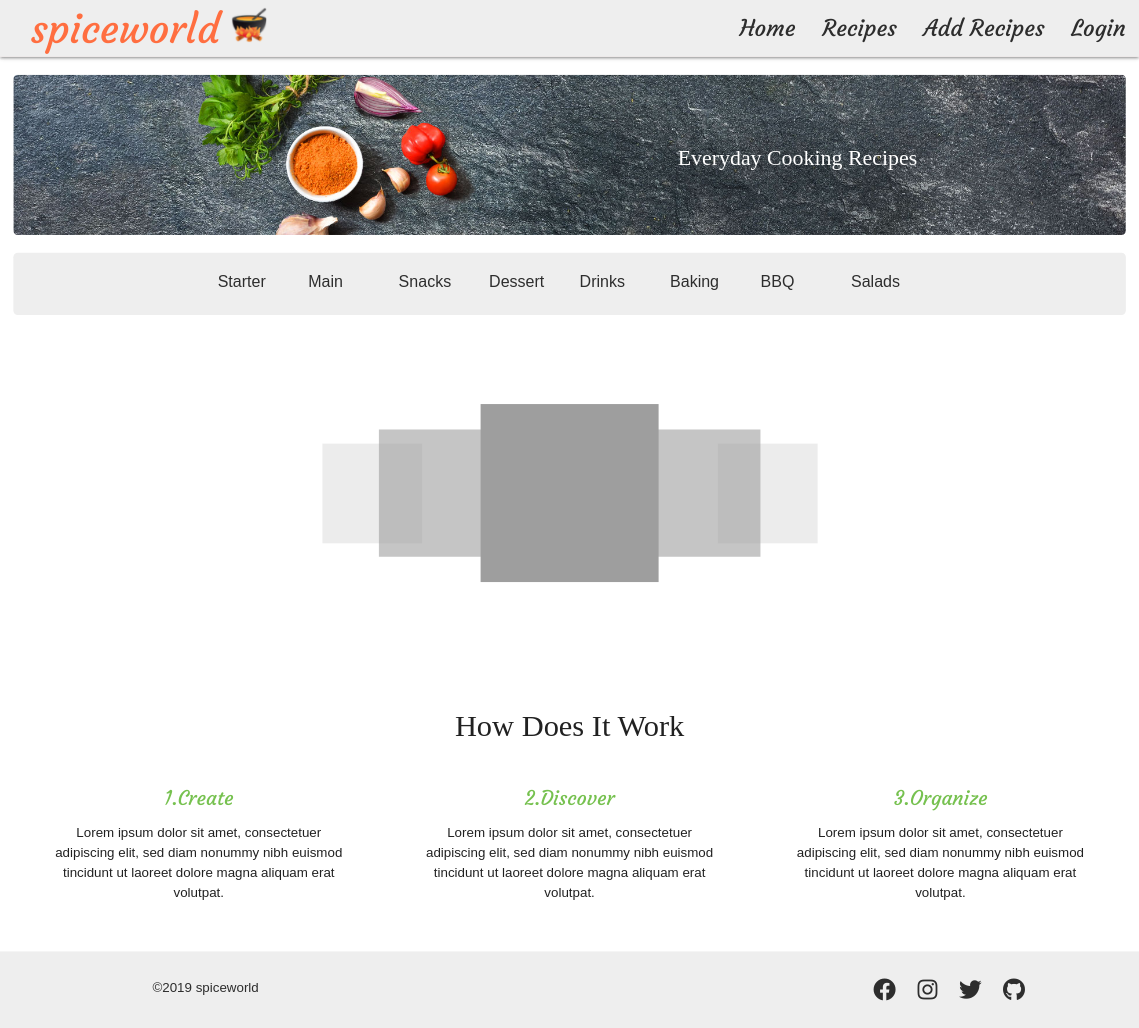
Repository: stephyraju/spiceworld
Page: http://localhost/
The author's editor kept a record of every edit. The page is drawn from the files as they stood at one moment, then again after the next edit.
The browser window is 1280 px wide. The pictures show the whole page, at 89% of full size.
Pictures or frames that could not be fetched are drawn as grey boxes. Some web libraries are served in a nearby version. The page is served by the project's application, run on Flask 3 (app.py). Queries for data that is not in the repository find no rows.

Above is the page before.

### templates/index.html
{% extends 'base.html'%} {% block content %}
<!-- Title image -->
<section class="title-container section-container">
 <img src="{{ url_for('static', filename='images/titleimg.jpg') }}" alt="title image">
 <div class="intro-content">
  <h5>Everyday Cooking Recipes</h5>
 </div>
</section>

<!-- Category -->
<section class="catergory-container section-container">
 <div class="row">
  <div class="col s1 offset-s2">
   <!-- Dropdown Trigger -->
   <a class='dropdown-trigger' href='#' data-target='dropdown1'>Starter</a>
  </div>
  <!-- Dropdown Structure -->
  <ul id='dropdown1' class='dropdown-content'>
   <li><a href="#!">one</a></li>
   <li><a href="#!">two</a></li>
   <li><a href="#!">three</a></li>
   <li><a href="#!">four</a></li>
   <li><a href="#!">five</a></li>
  </ul>

  <div class="col s1">
   <!-- Dropdown Trigger -->
   <a class='dropdown-trigger' href='#' data-target='dropdown1'>Main</a>
  </div>
  <!-- Dropdown Structure -->
  <ul id='dropdown1' class='dropdown-content'>
   <li><a href="#!">one</a></li>
   <li><a href="#!">two</a></li>
   <li><a href="#!">three</a></li>
   <li><a href="#!">four</a></li>
   <li><a href="#!">five</a></li>
  </ul>
  <div class="col s1">
   <!-- Dropdown Trigger -->
   <a class='dropdown-trigger' href='#' data-target='dropdown1'>Snacks</a>
  </div>
  <!-- Dropdown Structure -->
  <ul id='dropdown1' class='dropdown-content'>
   <li><a href="#!">one</a></li>
   <li><a href="#!">two</a></li>
   <li><a href="#!">three</a></li>
   <li><a href="#!">four</a></li>
   <li><a href="#!">five</a></li>
  </ul>
  <div class="col s1">
   <!-- Dropdown Trigger -->
   <a class='dropdown-trigger' href='#' data-target='dropdown1'>Dessert</a>
  </div>
  <!-- Dropdown Structure -->
  <ul id='dropdown1' class='dropdown-content'>
   <li><a href="#!">one</a></li>
   <li><a href="#!">two</a></li>
   <li><a href="#!">three</a></li>
   <li><a href="#!">four</a></li>
   <li><a href="#!">five</a></li>
  </ul>
  <div class="col s1">
   <!-- Dropdown Trigger -->
   <a class='dropdown-trigger' href='#' data-target='dropdown1'>Drinks</a>
  </div>
  <!-- Dropdown Structure -->
  <ul id='dropdown1' class='dropdown-content'>
   <li><a href="#!">one</a></li>
   <li><a href="#!">two</a></li>
   <li><a href="#!">three</a></li>
   <li><a href="#!">four</a></li>
   <li><a href="#!">five</a></li>
  </ul>
  <div class="col s1">
   <!-- Dropdown Trigger -->
   <a class='dropdown-trigger' href='#' data-target='dropdown1'>Baking</a>
  </div>
  <!-- Dropdown Structure -->
  <ul id='dropdown1' class='dropdown-content'>
   <li><a href="#!">one</a></li>
   <li><a href="#!">two</a></li>
   <li><a href="#!">three</a></li>
   <li><a href="#!">four</a></li>
   <li><a href="#!">five</a></li>
  </ul>
  <div class="col s1">
   <!-- Dropdown Trigger -->
   <a class='dropdown-trigger' href='#' data-target='dropdown1'>BBQ</a>
  </div>
  <!-- Dropdown Structure -->
  <ul id='dropdown1' class='dropdown-content'>
   <li><a href="#!">one</a></li>
   <li><a href="#!">two</a></li>
   <li><a href="#!">three</a></li>
   <li><a href="#!">four</a></li>
   <li><a href="#!">five</a></li>
  </ul>
  <div class="col s1">
   <!-- Dropdown Trigger -->
   <a class='dropdown-trigger' href='#' data-target='dropdown1'>Salads</a>
  </div>
  <!-- Dropdown Structure -->
  <ul id='dropdown1' class='dropdown-content'>
   <li><a href="#!">one</a></li>
   <li><a href="#!">two</a></li>
   <li><a href="#!">three</a></li>
   <li><a href="#!">four</a></li>
   <li><a href="#!">five</a></li>
  </ul>
 </div>
</section>
<!-- Carosal-Display -->
<section class="carosal-display">
 <div class="row">

  <div class="carousel">
   <a class="carousel-item" href="#one!"><img src="https://lorempixel.com/250/250/nature/1"></a>
   <a class="carousel-item" href="#two!"><img src="https://lorempixel.com/250/250/nature/2"></a>
   <a class="carousel-item" href="#three!"><img src="https://lorempixel.com/250/250/nature/3"></a>
   <a class="carousel-item" href="#four!"><img src="https://lorempixel.com/250/250/nature/4"></a>
   <a class="carousel-item" href="#five!"><img src="https://lorempixel.com/250/250/nature/5"></a>
  </div>
 </div>
</section>
<!-- Description -->
<section class="section-container div-description">
 <div class="row cells center">
  <div class="col s12">
   <h4> How Does It Work </h3>
  </div>
  <div class="col s12 m4 content">
   <h5>1.Create</h5>
   <p>Lorem ipsum dolor sit amet, consectetuer adipiscing elit, sed diam nonummy nibh euismod tincidunt ut laoreet dolore magna aliquam erat volutpat. </p>
  </div>
  <div class="col s12 m4 content">
   <h5>2.Discover</h5>
   <p>Lorem ipsum dolor sit amet, consectetuer adipiscing elit, sed diam nonummy nibh euismod tincidunt ut laoreet dolore magna aliquam erat volutpat. </p>
  </div>
  <div class="col s12 m4 content">
   <h5>3.Organize</h5>
   <p>Lorem ipsum dolor sit amet, consectetuer adipiscing elit, sed diam nonummy nibh euismod tincidunt ut laoreet dolore magna aliquam erat volutpat. </p>
  </div>
 </div>
</section>

{% endblock %}

### templates/base.html
<!DOCTYPE html>
<html lang="en">

<head>
  <meta charset="UTF-8">
  <meta name="viewport" content="width=device-width, initial-scale=1.0">
  <meta http-equiv="X-UA-Compatible" content="ie=edge">
  <title>spiceworld</title>

  <!--Import Google Icon Font-->
  <link href="https://fonts.googleapis.com/icon?family=Material+Icons" rel="stylesheet">
  <!--Font Awesome-->
  <link rel="stylesheet" href="https://use.fontawesome.com/releases/v5.8.2/css/all.css" integrity="sha384-oS3vJWv+0UjzBfQzYUhtDYW+Pj2yciDJxpsK1OYPAYjqT085Qq/1cq5FLXAZQ7Ay" crossorigin="anonymous">
  <!--Materialize CSS-->
  <link rel="stylesheet" href="https://cdnjs.cloudflare.com/ajax/libs/materialize/1.0.0/css/materialize.min.css">
  <!--CSS-->
  <link rel="stylesheet" href="{{ url_for('static', filename='css/style.css')}}" type="text/css" />

</head>

<body>

  <!--Header-->
  <header class="navbar-fixed">
    <nav>
      <div class="nav-wrapper grey lighten-3">
        <a href="#" class="brand-logo">spiceworld <img class="hide-on-med-and-down" src="{{ url_for('static', filename='images/logo.png') }}"></a>
        <a href="#" data-target="mobile-sidenav" class="sidenav-trigger"><i class="fas fa-bars"></i></a>
        <ul id="nav-mobile" class="right hide-on-med-and-down">
          <li><a href="{{ url_for('index') }}">Home</a></li>
          <li><a href="{{ url_for('get_recipes') }}">Recipes</a></li>
          <li><a href="{{ url_for('add_recipe') }}">Add Recipes</a></li>
          <li><a href="{{url_for('login')}}">Login</a></li>

        </ul>
      </div>
    </nav>
  </header>
  <!--Sidenav-->
  <ul class="sidenav" id="mobile-sidenav">
    <img class="responsive-img" src="{{ url_for('static', filename='images/sidenav.png') }}" alt="spices-image">

    <li><a class="active" href="{{ url_for('index') }}">Home</a></li>
    <li><a href="{{ url_for('get_recipes') }}">Recipes</a></li>
          <li><a href="{{ url_for('add_recipe') }}">Add Recipes</a></li>
          <li><a href="{{url_for('login')}}">Login</a></li>
    <li><a class="waves-effect" href="#!">Third Link With Waves</a></li>
  </ul>

  <main>
    {% block content %}
    {% endblock %}
  </main>

  <footer class="page-footer grey lighten-3">

     <div class="row footer-content">
        <div class="col s5 m6">
          <div class="copyright">&copy;2019 spiceworld</div>
        </div>
        <div class="col s7 m3">
                    <a href="https://www.facebook.com/" target="_blank"><i class="fab fa-facebook social-icon"></i></a>
                    <a href="https://www.instagram.com/" target="_blank"><i class="fab fa-instagram social-icon"></i></a>
                    <a href="https://www.twitter.com/" target="_blank"><i class="fab fa-twitter social-icon"></i></a>
                    <a href="https://github.com/stephyraju" target="_blank"><i class="fab fa-github social-icon"></i></a>
        </div>

      </div>

  </footer>

  <script src="https://code.jquery.com/jquery-3.4.0.slim.js" integrity="sha256-milezx5lakrZu0OP9b2QWFy1ft/UEUK6NH1Jqz8hUhQ=" crossorigin="anonymous"></script>
  <script src="https://cdnjs.cloudflare.com/ajax/libs/materialize/1.0.0/js/materialize.min.js"></script>
  <script src="{{ url_for('static', filename='js/main.js') }}"></script>
</body>

</html>

### app.py
import os
from flask import Flask, render_template, redirect, request, url_for, session, flash
from flask_pymongo import PyMongo
from bson.objectid import ObjectId
import bcrypt
import logging




# declaring app name
app = Flask(__name__)

app.config['SECRET_KEY'] = os.getenv('SECRET')
app.config["MONGO_DBNAME"] = 'cook_book'
app.config["MONGO_URI"] = os.getenv('MONGO_URI', 'mongodb://localhost')

# Logging Config
logging.basicConfig(level=logging.INFO)


mongo = PyMongo(app)

@app.route('/')
@app.route('/index')
def index():

    return render_template("index.html", recipes=mongo.db.recipes.find())

#@app.route('/get_recipes',methods=['POST','GET'])
#def get_recipes():
 #   return render_template("recipes.html", recipes=mongo.db.recipes.find())


# -------CREATE---------#

@app.route('/add_recipe')
def add_recipe():
     return render_template("addrecipe.html",
               recipes=mongo.db.recipes.find(),
               categories = mongo.db.categories.find(),
               cuisines=mongo.db.cuisines.find(),
               difficulty=mongo.db.difficulty.find(),
               allergens=mongo.db.allergens.find())


@app.route('/insert_recipe', methods=['POST'])
def insert_recipe():
    print(request.form)
    print(request.form.getlist('ingredients[]'))
    print(request.form.getlist('preparation[]'))
    print(request.form.to_dict())
    recipes = mongo.db.recipes
    data = request.form.to_dict()
    data.update({'ingredients':request.form.getlist('ingredients[]')})
    data.update({'preparation':request.form.getlist('preparation[]')})
    del data['ingredients[]']
    del data['preparation[]']
    recipes.insert_one(data)
    return redirect(url_for('get_recipes'))

#-------READ--------#

@app.route("/get_recipes", methods=['GET'])
def get_recipes():
    return render_template('recipes.html',
                         recipes=mongo.db.recipes.find(),
                         categories = mongo.db.categories.find(),
                         username=session['username'])


@app.route('/view_recipe/recipe_id?=<recipe_id>')
def view_recipe(recipe_id):
    recipe = mongo.db.recipes.find_one({"_id": ObjectId(recipe_id)})
    return render_template('view.html',
                        title='View Recipe',
                        recipe=recipe,
                        username=session['username'])




#-----------UPDATE-----------#

@app.route('/edit_recipe/<recipe_id>',methods=['GET'])
def edit_recipe(recipe_id):
    recipe = mongo.db.recipes.find_one({"_id":ObjectId(recipe_id)})
    return render_template('editrecipe.html',
                            recipe=recipe,
                            categories=mongo.db.categories.find(),
                            cuisine=mongo.db.cuisine.find(),
                            difficulty=mongo.db.difficulty.find(),
                            allergens=mongo.db.allergens.find())

@app.route('/update_recipe/<recipe_id>', methods=["POST"])
def update_recipe(recipe_id):
    print(mongo.db.recipes.find_one({"_id": ObjectId(recipe_id)}))
    print(request.form)
    print(request.form.to_dict())
    recipes = mongo.db.recipes
    recipes.update({"_id":ObjectId(recipe_id)},
        {
        'recipe_name':request.form.get('recipe_name'),
        'author':request.form.get('author'),
        'category_name':request.form.get('category_name'),
        'description': request.form.get('description'),
        'serves':request.form.get('serves'),
        'cooking_time':request.form.get('cooking_time'),
        'cuisine':request.form.get('cuisine'),
        'difficulty':request.form.get('difficulty'),
        'allergens':request.form.get('allergens'),
        'image_url' :request.form.get('image_url'),
        'ingredients':request.form.getlist('ingredients[]'),
        'preparation':request.form.getlist('preparation[]')
        })
    return redirect(url_for('view_recipe',recipe_id=recipe_id))

#-----------DELETE-----------#
@app.route('/delete_recipe/<recipe_id>')
def delete_recipe(recipe_id):
    mongo.db.recipes.remove({"_id":ObjectId(recipe_id)})
    return redirect(url_for('get_recipes'))

#-----------Register-----------#
#https://www.youtube.com/watch?v=vVx1737auSE

@app.route('/register', methods=['GET','POST'])
def register():
    logging.info('Inside Registering.....')
    if request.method == 'POST':
        logging.info('User name: ' + str(request.form['username'].lower()))
        session['username'] = request.form['username'].lower()
        logging.info('Mongo User: ' + str(mongo.db.users))
        users = mongo.db.users
        user_exists = users.find_one({'author':request.form['username'].lower()})
        logging.info('User exists: ' + str(user_exists))

        if user_exists is None:
            logging.info('User Does not exist. Creating new user')
            hashpass = bcrypt.hashpw(request.form['password'].encode('utf-8'), bcrypt.gensalt())
            users.insert({'author':request.form['username'].lower(), 'password':hashpass})
            session['username'] = request.form['username'].lower()
            return redirect(url_for('get_recipes'))

        flash('Username already exists, please choose a different one.')
        logging.info('User already exist. Skipping new user')
        session.pop('username', None)
        return render_template('register.html', title="Register")

    return render_template('register.html', title="Register")

#-----------Login-----------#

@app.route('/login',methods=['GET','POST'])
def login():
    if request.method == 'POST':
        session["username"] = request.form["username"].lower()
        users = mongo.db.users
        user_login = users.find_one({'author':request.form['username'].lower()})

        if user_login:
            if bcrypt.hashpw(request.form['password'].encode('utf-8'), user_login['password']) == user_login['password']:
                # session["username"] = request.form["username"].lower()
                return redirect(url_for('get_recipes'))

        flash('The login details are not correct')
        session.pop('username', None)
        return render_template('login.html',  title="Login")

    return render_template('login.html',  title="Login")

#-----------Logout-----------#
@app.route('/logout')
def logout():
   # remove the username from the session if it is there
   session.pop('username', None)
   return redirect(url_for('index'))

if __name__ == '__main__':
    app.run(host=os.environ.get('IP'),
            port=int(os.environ.get('PORT')),
            debug=True)

### static/css/style.css
@import url('https://fonts.googleapis.com/css?family=Courgette&display=swap');

body {
  font-family: 'ProximaNova Regular', sans-serif;
  display: flex;
  flex-direction: column;
  min-height: 100vh;
  overflow-x: hidden;
}
.section-container {
  max-width: 100%;
  margin-left: auto;
  margin-right: auto;
  padding-left: 15px;
  padding-right: 15px;
  border-radius: 5px;
}

/* -------- Nav Bar ----------*/

nav {
     font-family: 'Courgette';
}

nav .brand-logo {
    color: #ff6e40;
    font-size: 3rem;
    font-family: 'Courgette', cursive;
    -webkit-transition: 0.2s;
    -o-transition: 0.2s;
    transition: 0.2s;
}

@media screen and (min-width: 993px){
nav .brand-logo {
    margin-left: 2.3rem;
}
}
nav ul a {
  color:#2d2d2d;
  font-size: 1.7rem;
  font-family: 'Courgette';
}
nav ul a:hover,
nav ul .active {
  color:#76c14f;
}
.fa-bars{
  color: #ff6e40;
}
h4,h5{
  font-family: 'Muli','sans-serif';
}
/*--------Title----------*/

.title-container{
  position: relative;
  text-align: center;
  color: white;
  width:100%;
  margin-top: 20px;
}
.title-container img{
    display: block;
    width: 100%;
    height: 25vh;
    object-fit: cover;
    border-radius: 5px;
}

.intro-content{
  position: absolute;
  top: 50%;
  left: 70%;
  transform: translate(-50%, -50%);
}
/*--------Category---------*/

.catergory-container{
  font-size: 1.2rem;
  color:#2d2d2d;
  margin-top: 20px;
  background-color:#eeeeee;
  height:70px;
  margin-left: 15px;
  margin-right: 15px;
}
.catergory-container .row {
  padding-top: 20px;
}
.catergory-container a {
  color:#2d2d2d;
}
.catergory-container a :hover {
  color:#ff6e40 !important;
}

/*--------Description---------*/
.cells h4 {
  font-family: 'Muli','sans-serif';
}
.cells h5{
  color: #76c14f;
  font-size: 1.5rem;
  font-family: 'Courgette',sans-serif;
}
 p {
  padding-left: 30px;
  padding-right: 30px;
}
.content{
  margin-top: 20px;
  margin-bottom: 20px;
}

.recipe-card .card .card-image img {
  display: block;
  position: relative;
  width: 100%;
  height: 200px;
  }


/*--------View Recipe---------*/
.icon-color{
  color:rgb(109, 174, 177);
}
 .recipe-card .card-image{
   padding-top: 20px;
 }
 .recipe-view .card {
   background-color: #fcf4ec;
 }
 .preparation ol li {
   padding: 0px 15px 15px 15px;
 }
 .ingredients ul li {
    padding: 0px 15px 15px 15px;
    list-style-type: square;
 }


/*--------Footer---------*/

.page-footer i{
  color:#2d2d2d;
}
.page-footer i:hover{
   color:#ff6e40;
}
.page-footer {
    min-height: 45px;
}
.footer-content{
  display:flex;
  color:#2d2d2d;
}
.copyright{
  padding-top: 10px;
}
.social-icon {
  margin: 10px;
  color: white;
  font-size: 1.7rem;
}

### static/js/main.js
$(document).ready(function(){
    $('.sidenav').sidenav();
    $('.dropdown-trigger').dropdown();
    $('select').formSelect();
    $('.carousel').carousel();

  });

 var ingredientField = $(".ingredient").length;
    $("#add_ingredient").on("click", function () {
        $("select").formSelect("destroy");
        $(".new-ingredient:first").clone().insertBefore("#add_ingredient").find("input[type='text'], select, textarea").val("");
        $("select").formSelect();
        ingredientField += 1;
    });

    $("#remove_ingredient").on("click", function () {
        if (ingredientField > 1) {
            /* only remove the :last item */
            $(this).siblings(".new-ingredient:last").remove();
            /* ensure original ingredient line never gets deleted */
            ingredientField-= 1;
        }
    });


var preparationField = $(".preparation").length;
    /* add new cloned item */
    $("#add_step").on("click", function () {
        $(".new-step:first").clone().insertBefore("#add_step").find("input[type='text'], select, textarea").val("");
        /* increase counter so original direction is never removed */
       preparationField += 1;
    });
    /* delete last cloned item */
    $("#remove_step").on("click", function () {
        if ( preparationField > 1) {
            /* only remove the :last item */
            $(this).siblings(".new-step:last").remove();
            /* ensure original direction line never gets deleted */
            preparationField-= 1;
        }
    });

After the next edit:
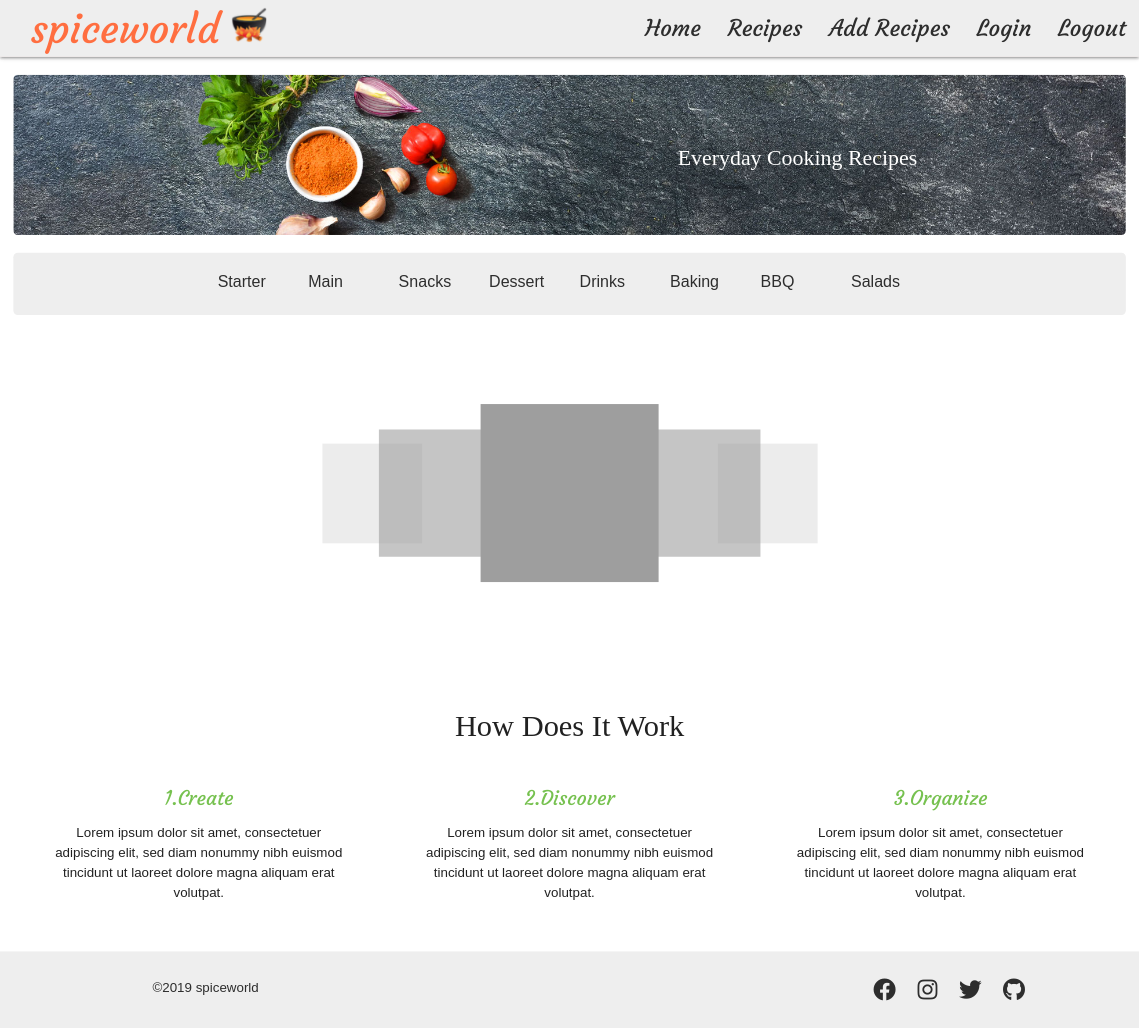
The edit:
--- a/templates/base.html
+++ b/templates/base.html
@@ -31,6 +31,8 @@
           <li><a href="{{ url_for('get_recipes') }}">Recipes</a></li>
           <li><a href="{{ url_for('add_recipe') }}">Add Recipes</a></li>
           <li><a href="{{url_for('login')}}">Login</a></li>
+          <li><a href="{{url_for('logout')}}">Logout</a></li>
+
 
         </ul>
       </div>
